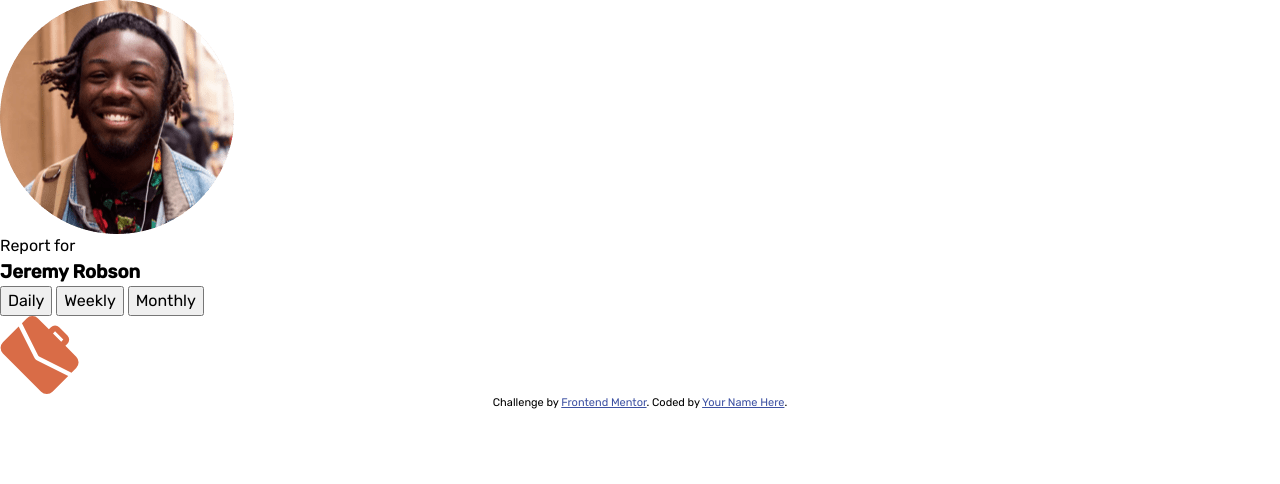
Repository: Akashiii1/WebTimeTracking_Day6
Page: index.html
An editor plug-in stored every save of this project. The page is shown before and after the next save, followed by the edit.
The browser window is 1280 px wide. The pictures show the whole page.

Above is the page before, as saved 2021-12-26 23:30:40.

### index.html
<!DOCTYPE html>
<html lang="en">
  <head>
    <meta charset="UTF-8" />
    <meta name="viewport" content="width=device-width, initial-scale=1.0" />
    <!-- displays site properly based on user's device -->

    <link
      rel="icon"
      type="image/png"
      sizes="32x32"
      href="./images/favicon-32x32.png"
    />

    <title>Frontend Mentor | Time tracking dashboard</title>

    <!-- Feel free to remove these styles or customise in your own stylesheet 👍 -->
    <link rel="stylesheet" href="style.css" />
    <style>
      .attribution {
        font-size: 11px;
        text-align: center;
      }

      .attribution a {
        color: hsl(228, 45%, 44%);
      }
    </style>
  </head>

  <body>
    <section class="activity-tracker">
      <section class="activity-tracker-menu">
        <div class="activity-tracker-owner">
          <img src="images/image-jeremy.png" alt="" class="owner-img" />
          <div class="activity-tracker-owner-container">
            <p>Report for</p>
            <h1 class="activity-tracker-owner-name">Jeremy Robson</h1>
          </div>
        </div>
        <div class="activity-tracker-options">
          <button class="activity-tracker-option" data-option="daily">Daily</button>
          <button class="activity-tracker-option" data-option="weekly">Weekly</button>
          <button class="activity-tracker-option" data-option="monthly">Monthly</button>

        </div>
      </section>

      <section class="activity-tracker-activity work">
        <div class="activity-bg"><img src="images/icon-work.svg" alt=""></div>
      </section>
    </section>

    <div class="attribution">
      Challenge by
      <a href="https://www.frontendmentor.io?ref=challenge" target="_blank"
        >Frontend Mentor</a
      >. Coded by <a href="#">Your Name Here</a>.
    </div>
    <script src="app.js"></script>
  </body>
</html>

### style.css
@import url('https://fonts.googleapis.com/css2?family=Rubik:wght@300;400;500&display=swap');
:root{
  --Blue: hsl(246, 80%, 60%);

 --Lightred: hsl(15, 100%, 70%);/*(work)*/
 --Softblue : hsl(195, 74%, 62%);/*(play)*/
 --Lightred : hsl(348, 100%, 68%);/*(study)*/
 --Limegreen : hsl(145, 58%, 55%);/*(exercise)*/
 --Violet: hsl(264, 64%, 52%);/*(social)*/
 --Softorange : hsl(43, 84%, 65%);/*(self care)*/

  --Verydarkblue: hsl(226, 43%, 10%);
  --Darkblue: hsl(235, 46%, 20%);
  --Desaturatedblue: hsl(235, 45%, 61%);
  --PaleBlue: hsl(236, 100%, 87%);
}
*,
*::before,
*::after {
  box-sizing: border-box;
}
body,
h1,
h2,
h3,
h4,
h5,
h6,
p,
figure,
picture {
  margin: 0;
}
body {
  min-height: 100vh;
  line-height: 1.5;
}
input,
button,
select,
textarea {
  font: inherit;
}
img,
picture {
  display: block;
  max-width: 100%;
}
body{
  font-family: 'Rubik', sans-serif;
}
/* remove animation for people who've turned them off */
@media (prefers-reduced-motion: reduce) {
  *,
  *::before,
  *::after {
    animation-duration: 0.01ms !important;
    animation-iteration-count: 1 !important;
    transition-duration: 0.01ms !important;
    scroll-behavior: auto !important;
  }
}

Loaded but not shown: app.js (no stored copy; drawn as an empty file)

After the next save:
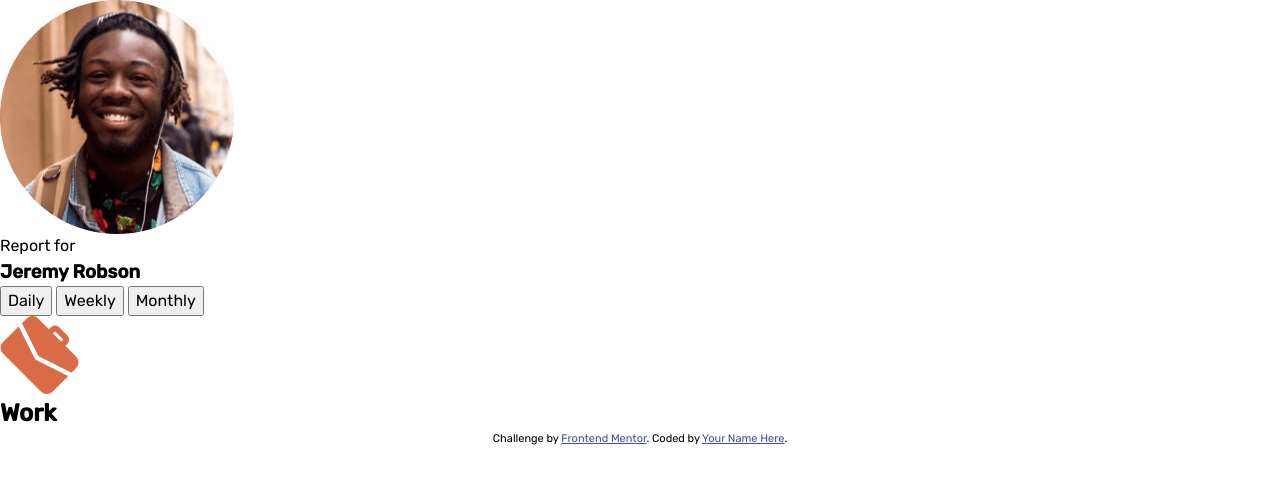
Saved 74 s later.
--- a/index.html
+++ b/index.html
@@ -48,6 +48,9 @@
 
       <section class="activity-tracker-activity work">
         <div class="activity-bg"><img src="images/icon-work.svg" alt=""></div>
+        <div class="activity-info">
+          <header class="activity-header"><h2 class="activity-name">Work</h2></header>
+        </div>
       </section>
     </section>
 
